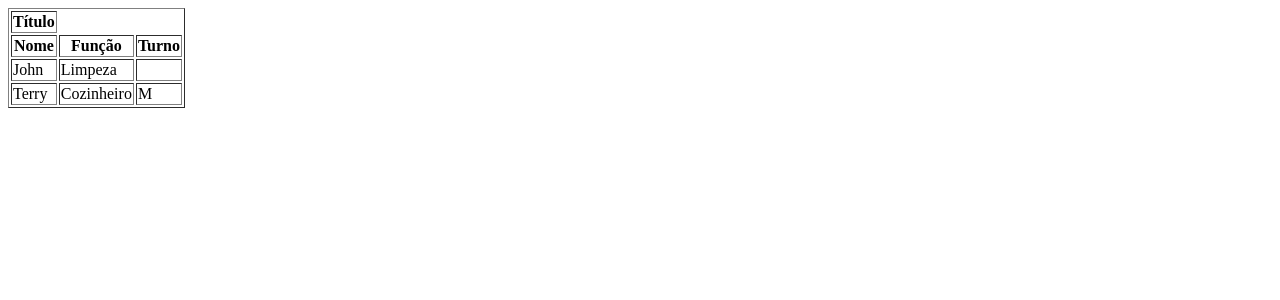
Repository: AndreiLGomes/faculdade
Page: 2 ano/WorkspaceTrilhaWeb/ProjetoTrilhaWeb/src/main/webapp/teste.html
An editor plug-in stored every save of this project. The page is shown before and after the next save, followed by the edit.
The browser window is 1280 px wide. The pictures show the whole page.

Above is the page before, as saved 2024-04-08 22:03:32.

After the next save:
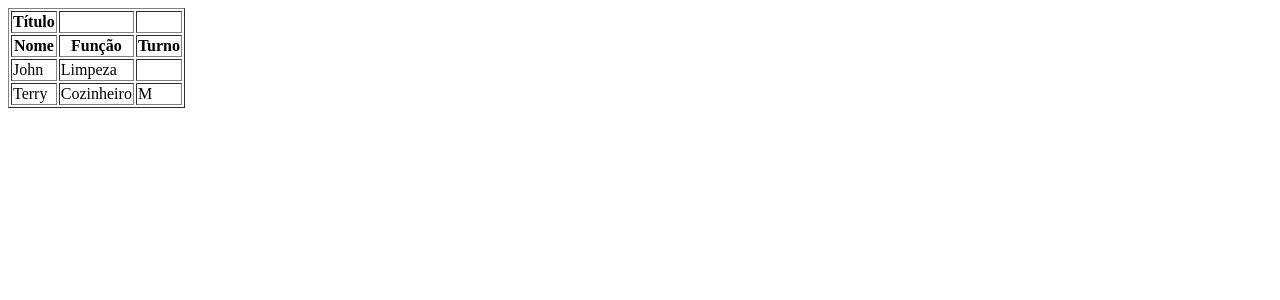
Saved 58 s later.
--- a/2 ano/WorkspaceTrilhaWeb/ProjetoTrilhaWeb/src/main/webapp/teste.html
+++ b/2 ano/WorkspaceTrilhaWeb/ProjetoTrilhaWeb/src/main/webapp/teste.html
@@ -1,6 +1,8 @@
 <table border="1">
 	<tr>
 		<th>Título</th>
+		<th></th>
+		<th></th>
 	</tr>
 	<tr>
 		<th>Nome</th>
